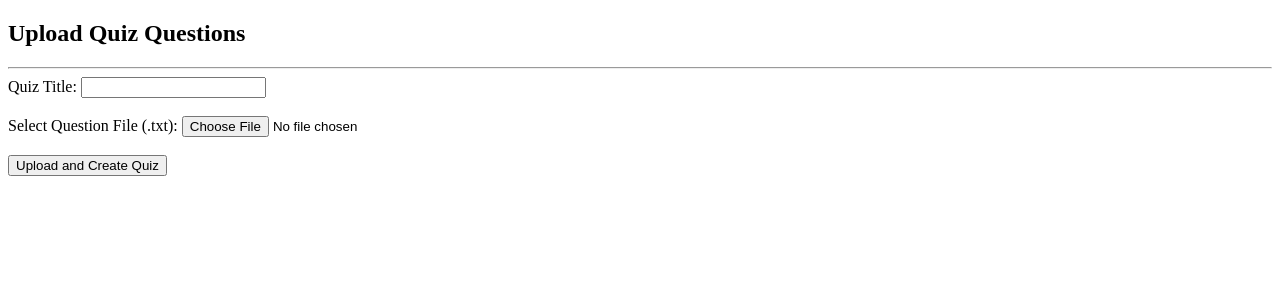
Repository: Rohitsenpai01/Quiz-Manangement-System
Page: http://localhost/WebQuizApp/addquiz.jsp
These files come from the project's save history. The page is drawn as it stood at one moment and after the next save; the edit follows.
The browser window is 1280 px wide. The pictures show the whole page.
The page is served by Tomcat 9.

Above is the page before, as saved 2025-12-30 12:25:17.

After the next save:
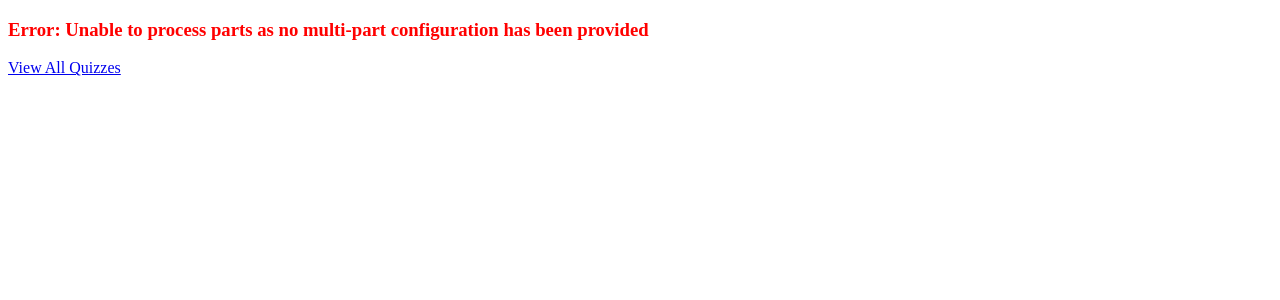
Saved 56 s later.
--- a/WebQuizApp/WebQuizApp/src/main/webapp/addquiz.jsp
+++ b/WebQuizApp/WebQuizApp/src/main/webapp/addquiz.jsp
@@ -1,25 +1,55 @@
 <%@ page language="java" contentType="text/html; charset=UTF-8" pageEncoding="UTF-8"%>
+<%@ page import="java.io.*, java.util.*, javax.servlet.http.*" %>
+<%@ page import="com.app.util.QuestionFileParser" %>
+<%@ page import="com.app.pojos.Question" %>
+<%@ page import="com.app.daos.QuestionDaoImp" %>
 <%@ taglib prefix="c" uri="http://java.sun.com/jsp/jstl/core" %>
+
 <!DOCTYPE html>
 <html>
-<head>
-<meta charset="UTF-8">
-<title>Add New Quiz</title>
-</head>
+<head><title>Processing Quiz</title></head>
 <body>
-    <h2>Upload Quiz Questions</h2>
-    <hr/>
-    <form action="UploadController" method="post" enctype="multipart/form-data">
-        Quiz Title: <input type="text" name="title" required/><br/><br/>
+<%
+    try {
+        // 1. Get the file part from the multipart request
+        Part filePart = request.getPart("filename");
+        String title = request.getParameter("title");
+        String userIdStr = request.getParameter("user_id");
 
-        Select Question File (.txt):
-        <input type="file" name="questionFile" accept=".txt" required/><br/><br/>
+        if (filePart != null && filePart.getSize() > 0) {
+            // 2. Create a temporary file on the server to satisfy QuestionFileParser's File requirement
+            String tempPath = application.getRealPath("/") + "temp_questions.txt";
+            File tempFile = new File(tempPath);
 
-        <input type="submit" value="Upload and Create Quiz"/>
-    </form>
+            // 3. Write the uploaded data to the temp file
+            try (InputStream is = filePart.getInputStream();
+                 FileOutputStream os = new FileOutputStream(tempFile)) {
+                byte[] buffer = new byte[1024];
+                int bytesRead;
+                while ((bytesRead = is.read(buffer)) != -1) {
+                    os.write(buffer, 0, bytesRead);
+                }
+            }
 
-    <c:if test="${not empty message}">
-        <p style="color: green;">${message}</p>
-    </c:if>
+            // 4. Use your existing Parser with the temporary File path
+            List<Question> questions = QuestionFileParser.parse(tempFile);
+
+            // 5. Store the questions in the session or database
+            // (Example: Logic to save the Quiz first to get a Quiz ID, then save questions)
+
+            out.println("<h3>Success! Found " + questions.size() + " questions.</h3>");
+            out.println("<p>Quiz Title: " + title + "</p>");
+
+            // Cleanup: Delete temp file
+            tempFile.delete();
+        } else {
+            out.println("<h3 style='color:red;'>Error: No file selected.</h3>");
+        }
+    } catch (Exception e) {
+        out.println("<h3 style='color:red;'>Error: " + e.getMessage() + "</h3>");
+        e.printStackTrace();
+    }
+%>
+<a href="quizlist.jsp">View All Quizzes</a>
 </body>
 </html>
